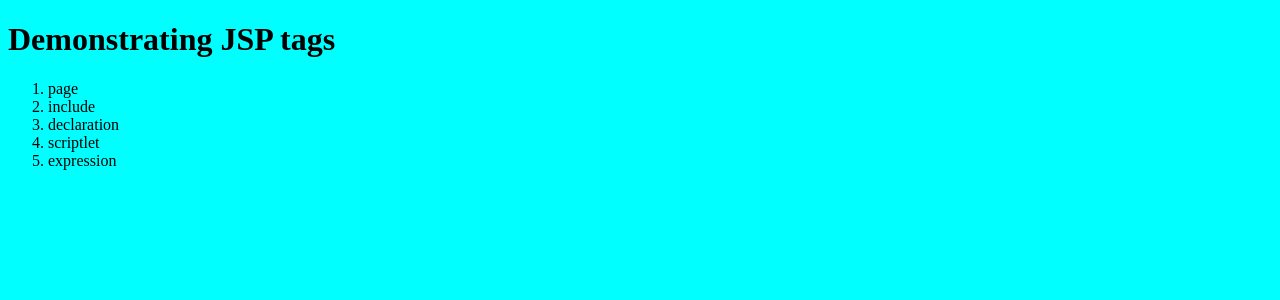
Repository: PallaviWalve/Advance-Java
Page: http://localhost/Web_Project/jsp_tags_demo.jsp
The author's editor kept a copy of each file at every save. The page is drawn from the files as they stood at one save, then again after the next save.
The browser window is 1280 px wide. The pictures show the whole page.
The page is served by Tomcat 10.

Above is the page before, as saved 2024-06-06 04:08:40.

After the next save:
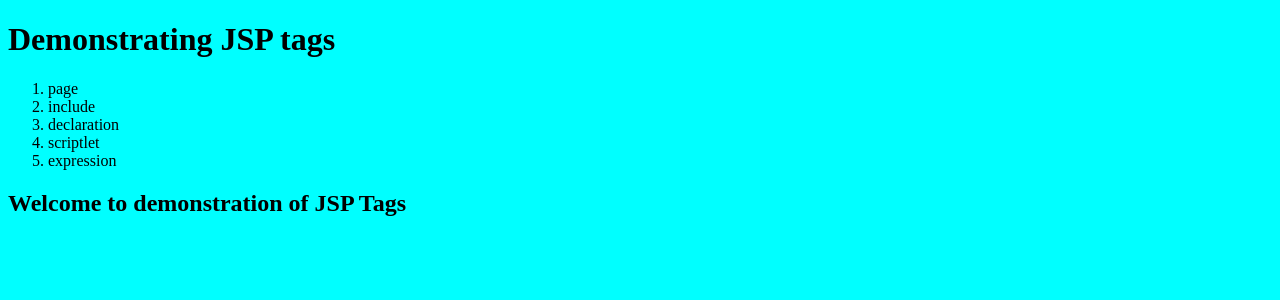
Saved 55 s later.
--- a/Web_Project/src/main/webapp/jsp_tags_demo.jsp
+++ b/Web_Project/src/main/webapp/jsp_tags_demo.jsp
@@ -5,5 +5,6 @@
 <body>
 	<%--Include resource : index.html --%>
 	<%@ include file="index.html" %>
+	<h2>Welcome to demonstration of JSP Tags</h2>
 </body>
 </html>
